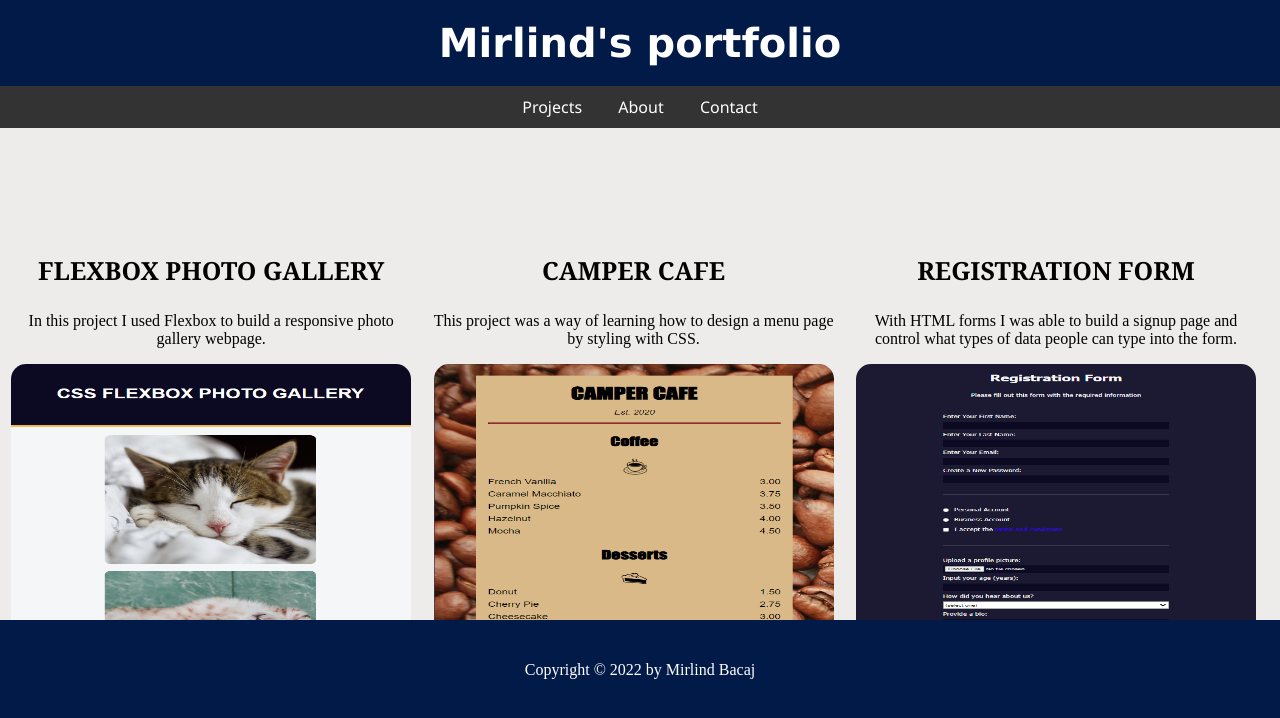
Repository: mirkbirki/mirkbirki.github.io
Page: html/index.html
An editor plug-in stored every save of this project. The page is shown before and after the next save, followed by the edit.
The browser window is 1280 px wide. The pictures show the whole page.

Above is the page before, as saved 2022-10-30 16:33:04.

### html/index.html
<!DOCTYPE html>
<html lang="en">
<head>
    <meta charset="UTF-8">
    <meta http-equiv="X-UA-Compatible" content="IE=edge">
    <meta name="viewport" content="width=device-width, initial-scale=1.0">
    <title>Mirlind's portfolio</title>
    <link rel="stylesheet" href="/css/styles.css">
</head>
<body>
    <header>
        <h1><a href="index.html">Mirlind's portfolio</a></h1>
        <nav>
        <ul>
            <li><a href="projects.html">Projects</a></li>
            <li><a href="about.html">About</a></li>
            <li><a href="contact.html">Contact</a></li>
        </ul>
    </nav>
    </header>


    <div class="container">
        <div class="proj">
            <h3 class="project">FLEXBOX PHOTO GALLERY</h3>
            <p class="p">In this project I used Flexbox to build a responsive photo gallery webpage.</p>
            <img src="/pics\css-flexbox-photo-gallery.PNG" alt="image for project 1">
        </div>
        <div class="proj">
            <h3 class="project">CAMPER CAFE</h3>
            <p class="p">This project was a way of learning how to design a menu page by styling with CSS.</p>
            <img src="/pics\camper-cafe.PNG" alt="image for project 2">
        </div>
        <div class="proj">
            <h3 class="project">REGISTRATION FORM</h3>
            <p class="p">With HTML forms I was able to build a signup page and control what types of data people can type into the form.</p>
            <img src="/pics\registration-form.PNG" alt="image for project 3">
        </div>
    </div>

    <footer>
        <div class="footer">
            <br><br><br>
            <p>Copyright © 2022 by Mirlind Bacaj</p>
        </div>
    </footer>

</body>
</html>

### css/styles.css
body {
    background-color: rgba(226, 220, 220, 0.562);
    margin: 0;
}

header {
    text-align: center;
    padding: 0px;
    background-color: rgb(1, 26, 71);
    width: 100%;
}

h1 {
    margin-top: 0px;
    margin-bottom: 0px;
    padding-top: 20px;
    padding-bottom: 20px;
    font-size: 40px;
    font-family:'Lucida Sans', 'Lucida Sans Regular', 'Lucida Grande', 'Lucida Sans Unicode', Geneva, Verdana, sans-serif;
    color: white;
}

h1 a {
    text-decoration: none;
    color: white;
}

nav {
    border: none;
    list-style: none;
    margin: 0;
    padding: 0;
    text-align: center;
    font-family: 'Segoe UI', Tahoma, Geneva, Verdana, sans-serif;
}

ul {
    list-style-type: none;
    margin: 0;
    padding: 0;
    overflow: hidden;
    background-color: #333;
  }

li {
    display: inline;
}

li a {
    display: inline-block;
    color: white;
    padding: 10px 16px;
    text-decoration: none;
}

li a:hover {
    background-color: rgb(175, 31, 31);
}

.active {
    color:rgb(175, 31, 31);
}

.active:hover {
    background-color: #333;
}

.container {
    /*
    border-top: 2px solid black;
    border-bottom: 2px solid black;
    display: flex;
    margin-top: 66px;
    padding-bottom: 25px;
    */
    display: grid;
    grid-template-columns: 33% 33% 33%;
    grid-template-rows: auto;
    grid-row-gap: 0px;
    margin-top: auto;
    margin-top: 100px;
}

.proj {
    margin: auto;
    width: 400px;
    word-wrap:break-word;
}

.p {
    width: 100%;
    text-align: center;
}

.project {
    font-family: Georgia, 'Times New Roman', Times, serif;
    font-size: 25px;
    text-align: center;
}

img {
    height: 300px;
    width: 400px;
    border-radius: 15px;
}

.footer {
    display: flex;
    justify-content: center;
    align-items: center;
    height: 100px;
    background-color: rgb(1, 26, 71);
    color: white;
    bottom: 0;
    position: absolute;
    width: 100%
}

footer a {
    color: white;
    text-decoration: 0;
}

footer a:hover {
    color: rgb(206, 118, 19);
}

footer a:visited {
    color: white;
}

After the next save:
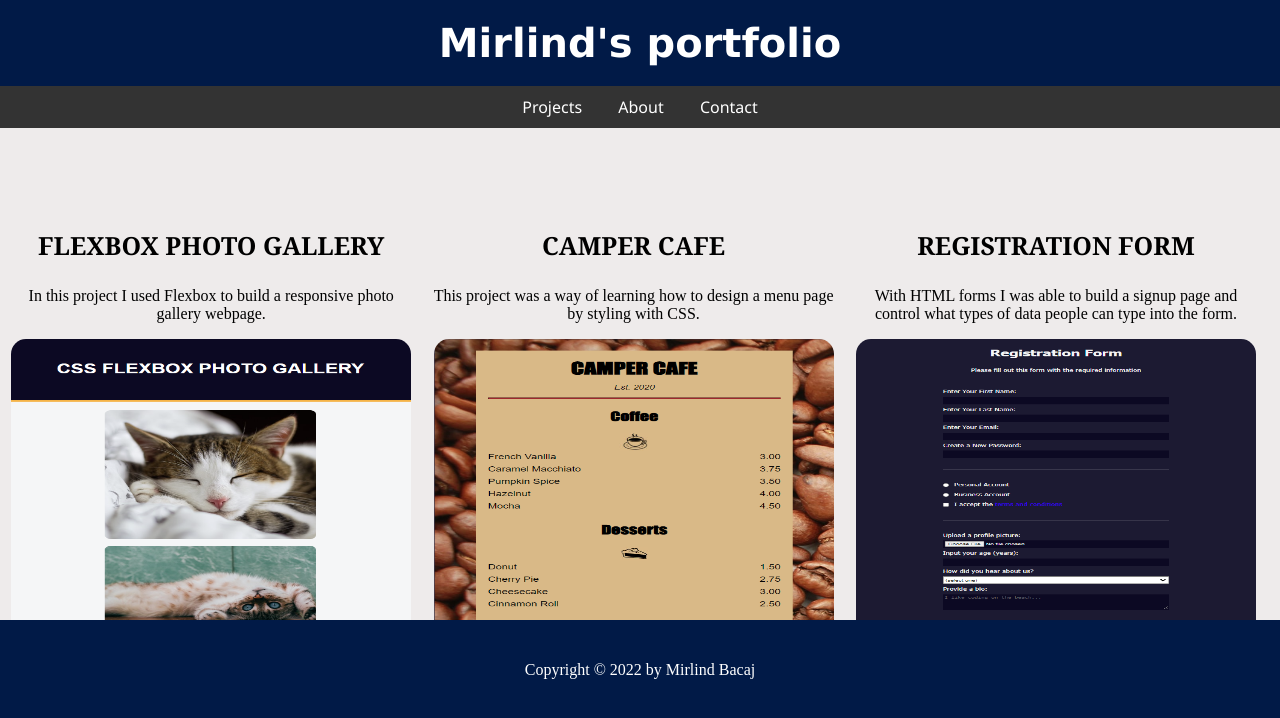
Saved 2 min 32 s later.
--- a/css/styles.css
+++ b/css/styles.css
@@ -78,7 +78,7 @@
     grid-template-rows: auto;
     grid-row-gap: 0px;
     margin-top: auto;
-    margin-top: 100px;
+    margin-top: 75px;
 }
 
 .proj {

After the save that followed:
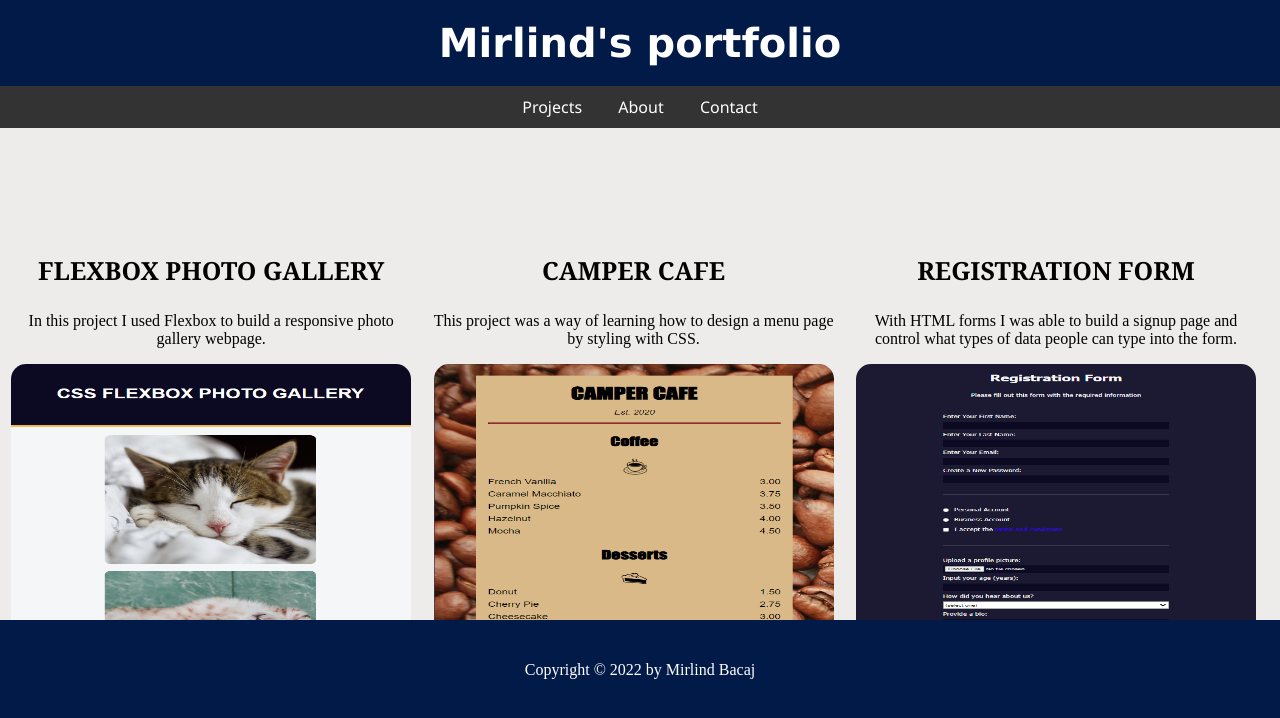
Saved 38 s later.
--- a/css/styles.css
+++ b/css/styles.css
@@ -78,7 +78,7 @@
     grid-template-rows: auto;
     grid-row-gap: 0px;
     margin-top: auto;
-    margin-top: 75px;
+    margin-top: 100px;
 }
 
 .proj {
